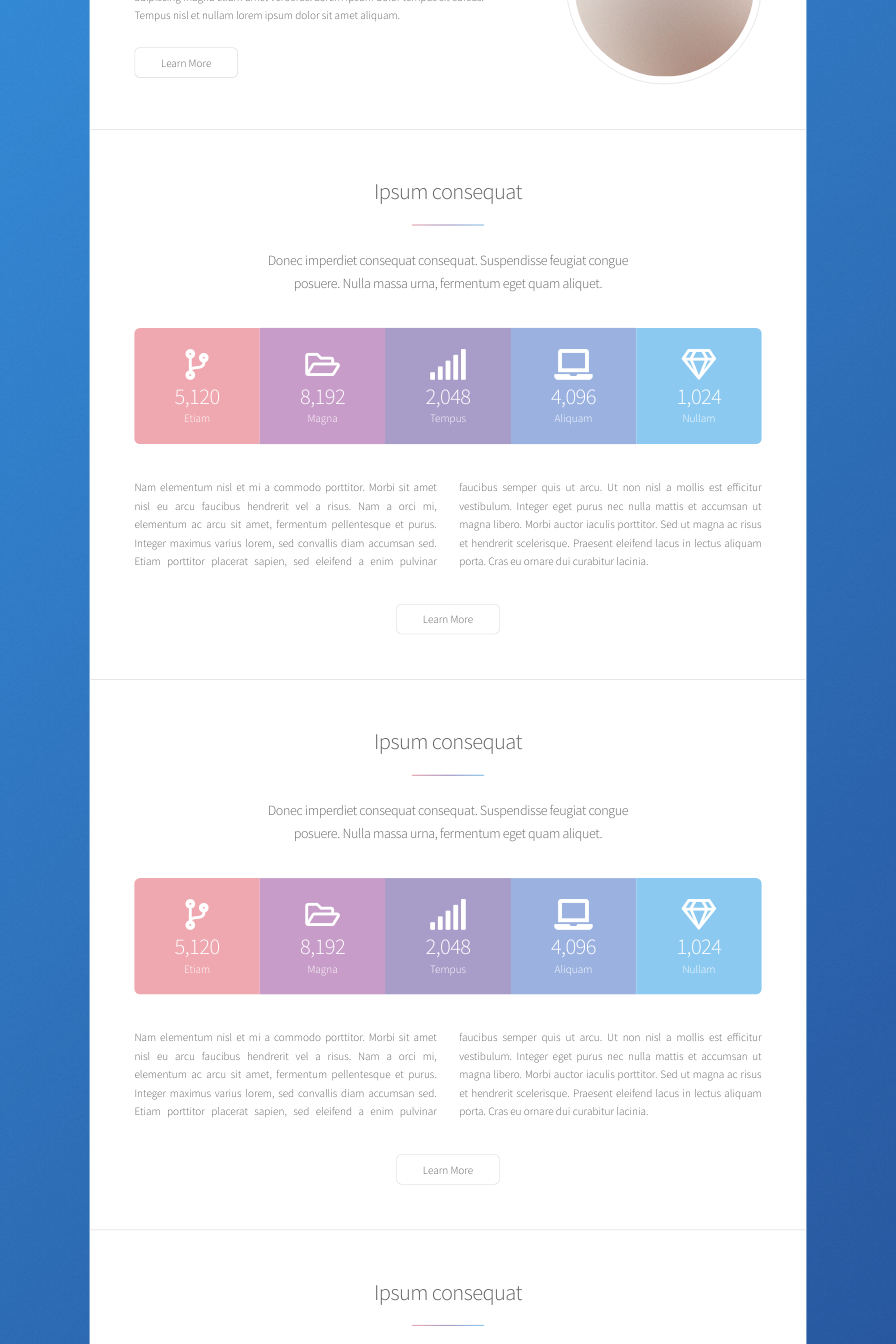
Repository: France-Alliance/France-Alliance.github.io
Page: index.html
These files come from the project's save history. The page is drawn as it stood at one moment and after the next save; the edit follows.
The browser window is 1280 px wide. The pictures show the part of the page from y = 838 to 2758 px (the page is 5087 px tall before and 4709 px after), at 70% of full size.

Above is the page before, as saved 2021-04-06 10:11:32.

After the next save:
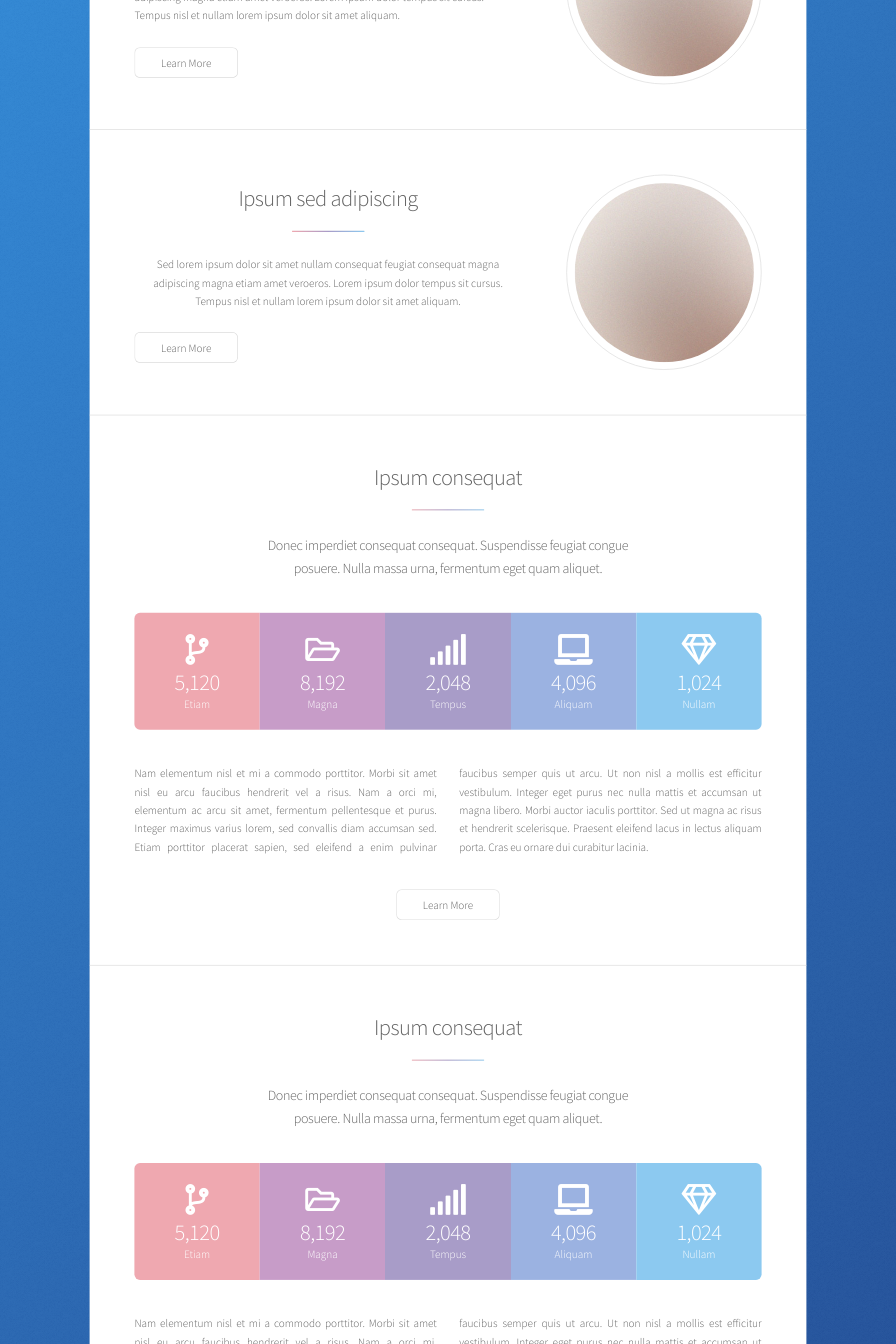
Saved 76 s later.
--- a/index.html
+++ b/index.html
@@ -67,45 +67,20 @@
 
 			<!-- First Section -->
 			<section id="first" class="main special">
-				<header class="major">
-					<h2>Ipsum consequat</h2>
-					<p>Donec imperdiet consequat consequat. Suspendisse feugiat congue<br />
-						posuere. Nulla massa urna, fermentum eget quam aliquet.</p>
-				</header>
-				<ul class="statistics">
-					<li class="style1">
-						<span class="icon solid fa-code-branch"></span>
-						<strong>5,120</strong> Etiam
-					</li>
-					<li class="style2">
-						<span class="icon fa-folder-open"></span>
-						<strong>8,192</strong> Magna
-					</li>
-					<li class="style3">
-						<span class="icon solid fa-signal"></span>
-						<strong>2,048</strong> Tempus
-					</li>
-					<li class="style4">
-						<span class="icon solid fa-laptop"></span>
-						<strong>4,096</strong> Aliquam
-					</li>
-					<li class="style5">
-						<span class="icon fa-gem"></span>
-						<strong>1,024</strong> Nullam
-					</li>
-				</ul>
-				<p class="content">Nam elementum nisl et mi a commodo porttitor. Morbi sit amet nisl eu arcu faucibus
-					hendrerit vel a risus. Nam a orci mi, elementum ac arcu sit amet, fermentum pellentesque et purus.
-					Integer maximus varius lorem, sed convallis diam accumsan sed. Etiam porttitor placerat sapien, sed
-					eleifend a enim pulvinar faucibus semper quis ut arcu. Ut non nisl a mollis est efficitur
-					vestibulum. Integer eget purus nec nulla mattis et accumsan ut magna libero. Morbi auctor iaculis
-					porttitor. Sed ut magna ac risus et hendrerit scelerisque. Praesent eleifend lacus in lectus aliquam
-					porta. Cras eu ornare dui curabitur lacinia.</p>
-				<footer class="major">
-					<ul class="actions special">
-						<li><a href="generic.html" class="button">Learn More</a></li>
-					</ul>
-				</footer>
+				<div class="spotlight">
+					<div class="content">
+						<header class="major">
+							<h2>Ipsum sed adipiscing</h2>
+						</header>
+						<p>Sed lorem ipsum dolor sit amet nullam consequat feugiat consequat magna
+							adipiscing magna etiam amet veroeros. Lorem ipsum dolor tempus sit cursus.
+							Tempus nisl et nullam lorem ipsum dolor sit amet aliquam.</p>
+						<ul class="actions">
+							<li><a href="generic.html" class="button">Learn More</a></li>
+						</ul>
+					</div>
+					<span class="image"><img src="images/pic01.jpg" alt="" /></span>
+				</div>
 			</section>
 
 			<!-- First Section Example
